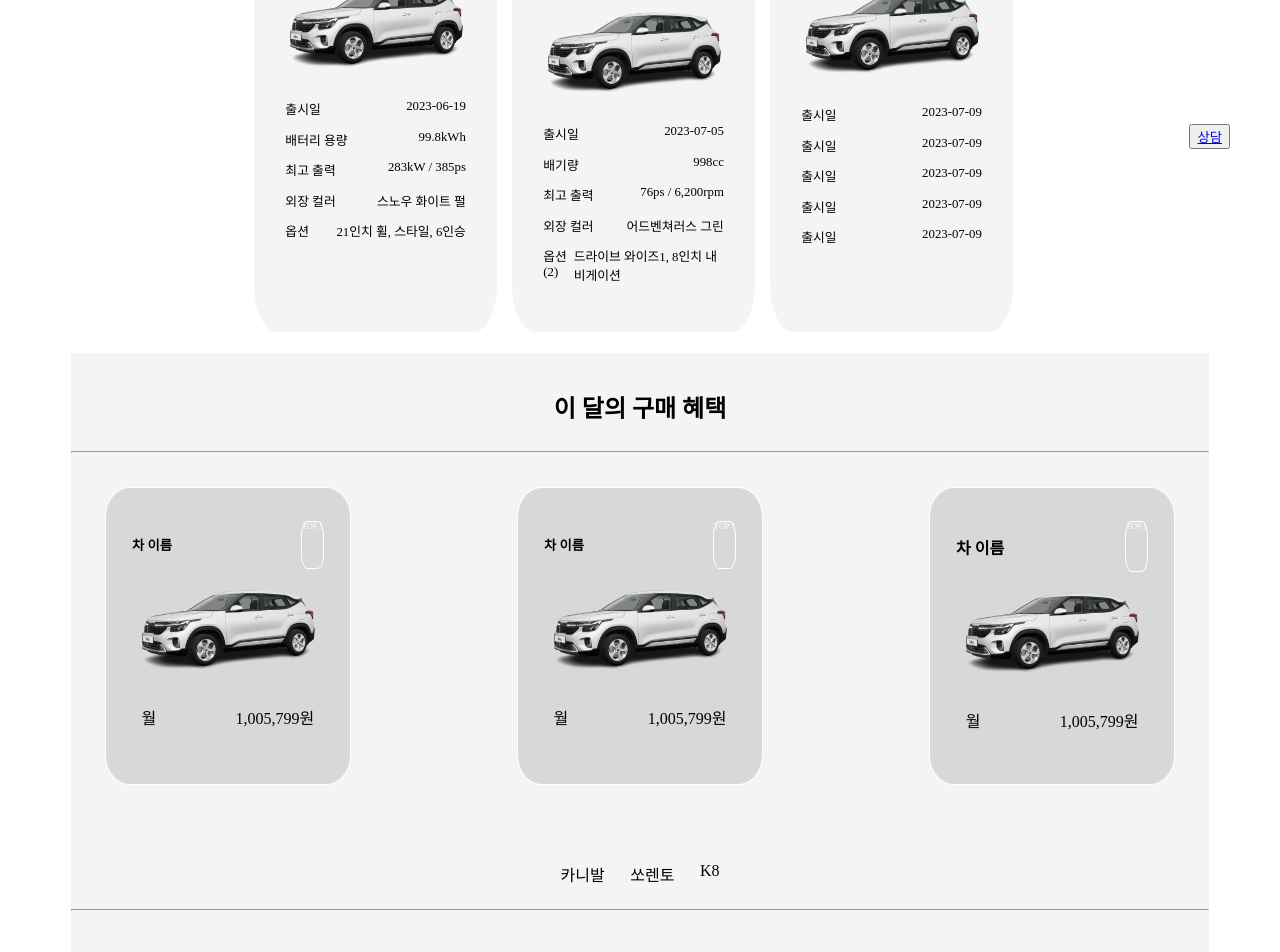
Repository: Autoxplore/Autoxplore
Page: mainPage.html
The author's editor kept a copy of each file at every save. The page is drawn from the files as they stood at one save, then again after the next save.
The browser window is 1280 px wide. The pictures show the part of the page from y = 521 to 1473 px (the page is 2861 px tall before and 2823 px after).
A picture or video elsewhere on the page could not be fetched, so the positions and the page height are approximate.

Above is the page before, as saved 2023-08-03 14:20:53.

After the next save:
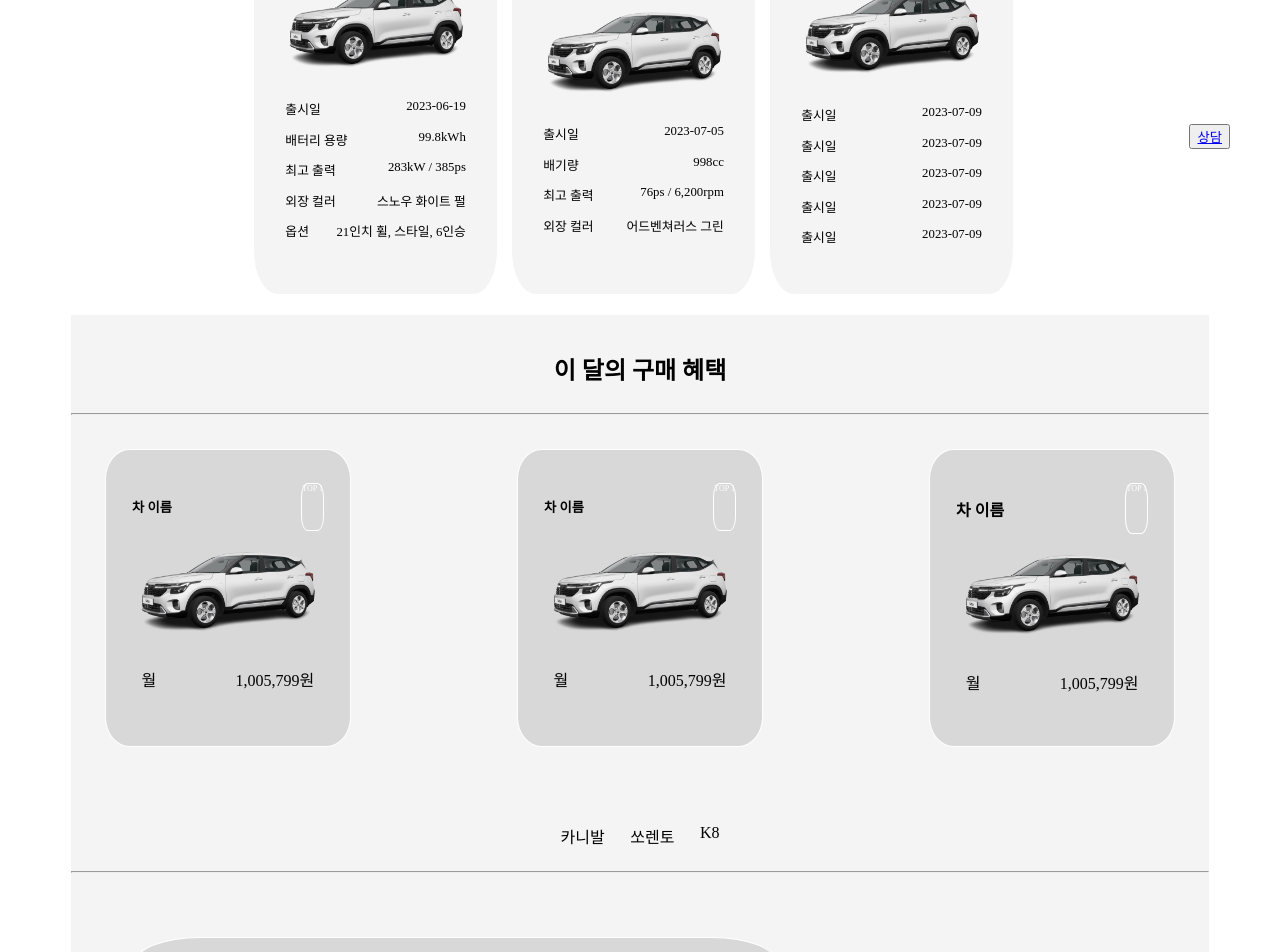
Saved 10 s later.
--- a/mainPage.html
+++ b/mainPage.html
@@ -97,10 +97,6 @@
                                 <li>
                                     <div>외장 컬러</div>
                                     <div>어드벤쳐러스 그린</div>
-                                </li>
-                                <li>
-                                    <div>옵션(2)</div>
-                                    <div>드라이브 와이즈1, 8인치 내비게이션</div>
                                 </li>
                             </ul>
                         </div>
